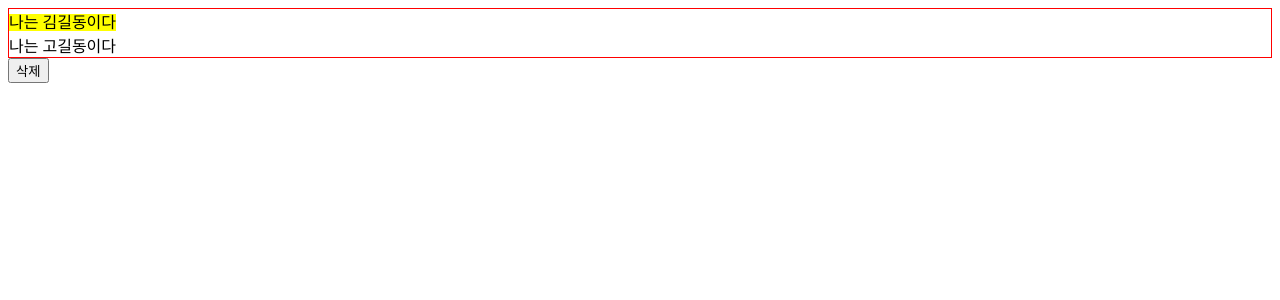
Repository: Jooheehan-kopo/web-workspace
Page: Lecture-web/WebContent/Jquery/exam15.html
The author's editor kept a copy of each file at every save. The page is drawn from the files as they stood at one save, then again after the next save.
The browser window is 1280 px wide. The pictures show the whole page.
After loading, the first visible `button` was clicked once.

Above is the page before, as saved 2021-06-17 07:22:33.

After the next save:
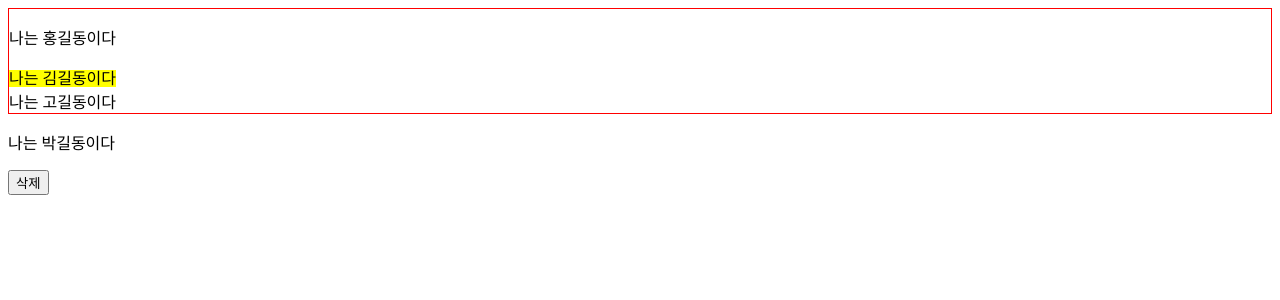
Saved 19 s later.
--- a/Lecture-web/WebContent/Jquery/exam15.html
+++ b/Lecture-web/WebContent/Jquery/exam15.html
@@ -16,10 +16,10 @@
 			//let pTags = document.getElementsByTagName("p")
 			///for(let pTag of pTags) {
 				//console.log(pTag) //p태그 선택됨.
-				$('p').remove()// div 포함해서 지웜
-				$('p').empty() //나는 빼고 나머지만 지워.
+//				$('p').remove()// div 포함해서 지웜
+//				$('p').empty() //나는 빼고 나머지만 지워.
 
-				$('p.c01').remove()
+//				$('p.c01').remove()
 				$('p').remove('.c01')
 		})
 
